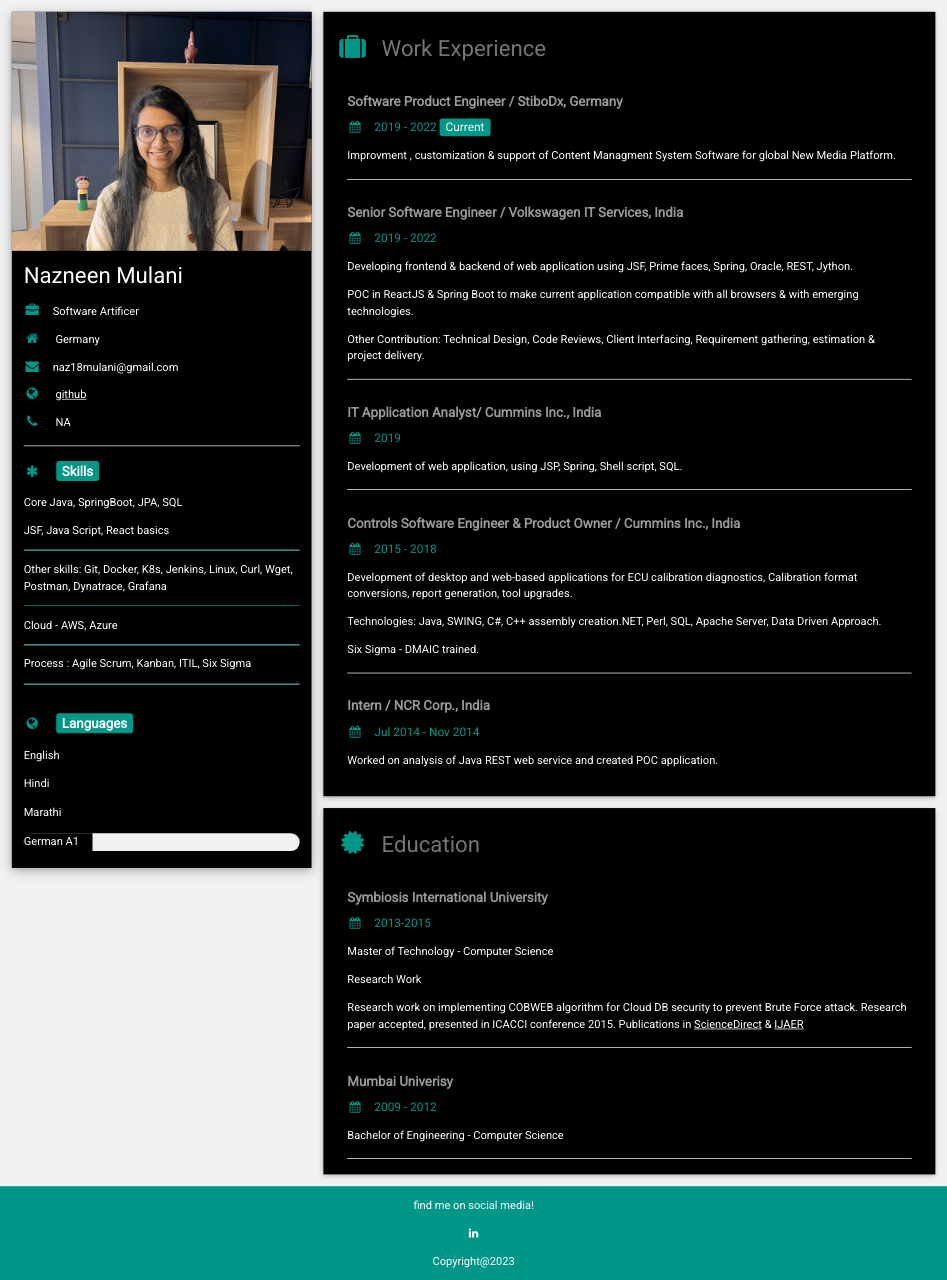
Repository: nazneenprojects/nazneen.github.io
Page: index.html
The author's editor kept a copy of each file at every save. The page is drawn from the files as they stood at one save, then again after the next save.
The browser window is 1280 px wide. The pictures show the whole page, at 74% of full size.

Above is the page before, as saved 2023-07-09 11:50:28.

After the next save:
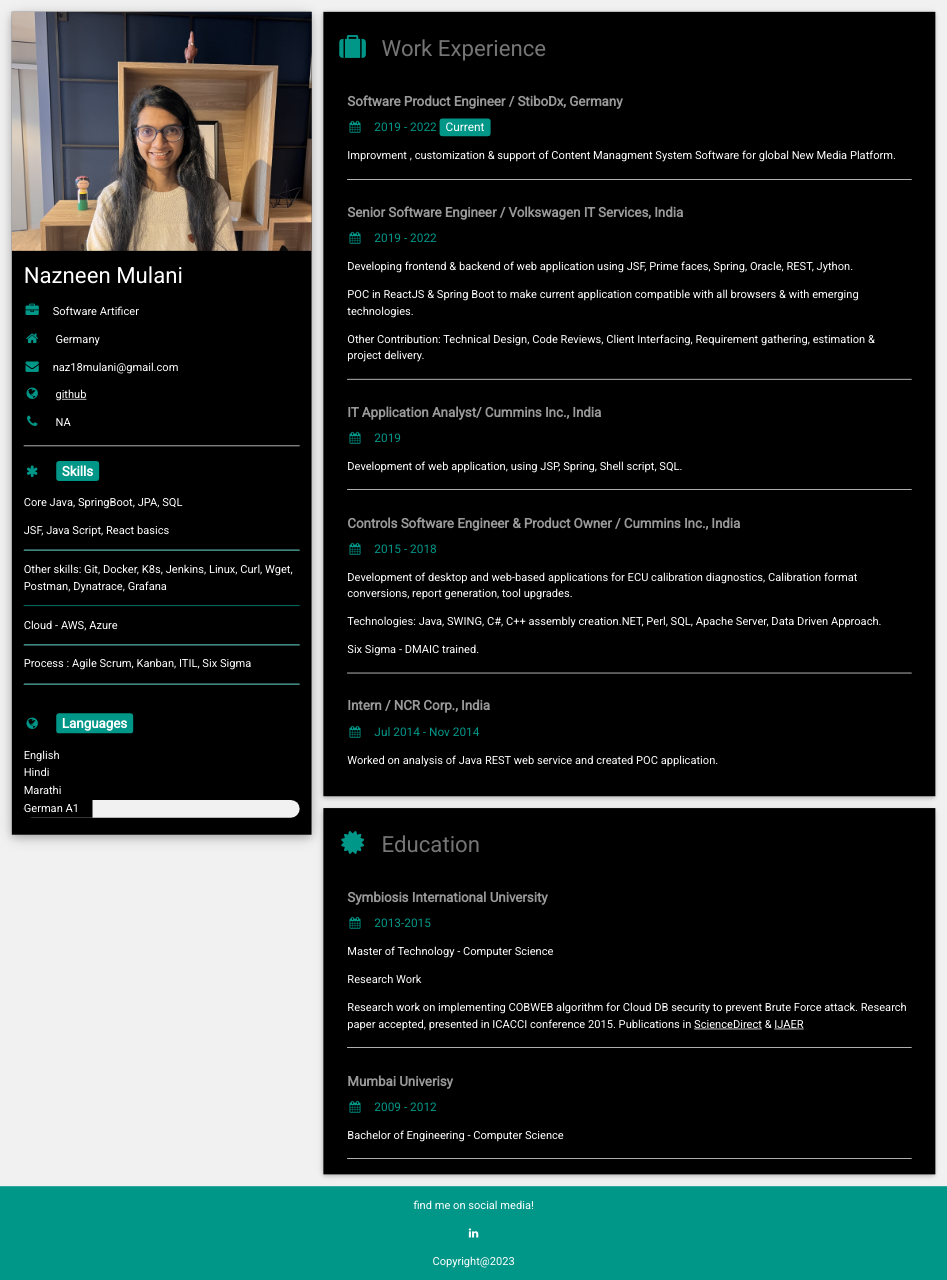
Saved 12 s later.
--- a/index.html
+++ b/index.html
@@ -63,19 +63,19 @@
           <br>
 
           <p class="w3-large w3-text-theme"><b><i class="fa fa-globe fa-fw w3-margin-right w3-text-teal"></i> <span class="w3-tag w3-teal w3-round">Languages</span></b></p>
-          <p></p>
+
           <div class="w3-light-grey w3-round-xlarge">
             <div class="w3-square-xlarge w3-black" style="height:24px;width:100%">English</div>
           </div>
-          <p></p>
+
           <div class="w3-light-grey w3-round-xlarge">
             <div class="w3-square-xlarge w3-black" style="height:24px;width:100%">Hindi</div>
           </div>
-          <p></p>
+
           <div class="w3-light-grey w3-round-xlarge">
             <div class="w3-square-xlarge w3-black" style="height:24px;width:100%">Marathi</div>
           </div>
-          <p></p>
+
           <div class="w3-light-grey w3-round-xlarge">
             <div class="w3-square-xlarge w3-black" style="height:24px;width:25%">German A1</div>
           </div>
